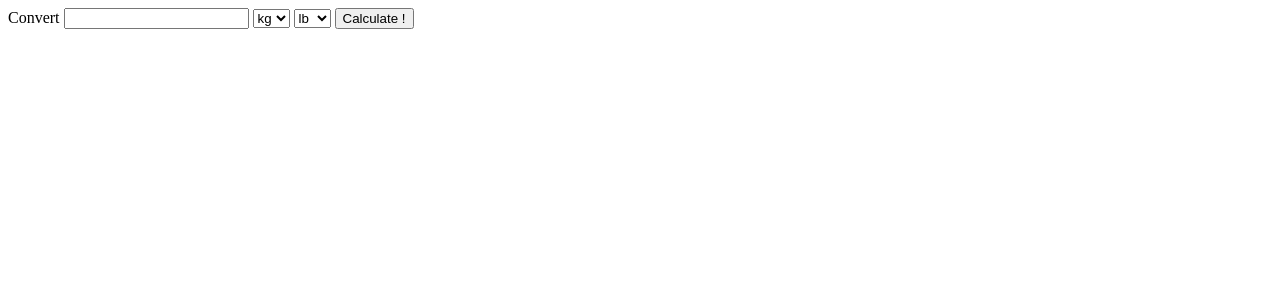
Repository: VladimirJetchev/JavaScriptHomework
Page: HomeworkJS/Task7JS/Task7JS.html
These files come from the project's save history. The page is drawn as it stood at one moment and after the next save; the edit follows.
The browser window is 1280 px wide. The pictures show the whole page.

Above is the page before, as saved 2016-01-11 18:52:48.

### HomeworkJS/Task7JS/Task7JS.html
<!DOCTYPE html>
<html>

<head>
    <meta charset="utf-8">

    <title>Calculating degrees</title>
    <link rel="stylesheet" href="">
</head>

<body>
	    <label for="convert">Convert</label>
	    <input type="text" id="convert" name="convert">
	    <select id="first" class="inline">
	        <option value="kg" selected >kg</option>
	        <option value="lb">lb</option>
	    </select>
	    <select class="inline" id="second" >
	    	<option value="kg">kg</option>
	    	<option value="lb" selected>lb</option>
	    </select>
	    <button type="submit" id="calculate">Calculate !</button>
	<div id="res" style="margin: 10px">
    </div>
    <script>
		var button = document.getElementById('calculate');
 		button.addEventListener('click', displayResult, false);

    	function displayResult(){
	    	var a = document.getElementById('first').value;
	 		var b = document.getElementById('second').value;
	 		var res = document.getElementById('res');
	 		var valToConvert = document.getElementsByName('convert')[0].value;
	 		var valToDisplay = 0;


 			if (a !== b ) {
 				a == 'kg' ? printLibs() : printKilos();
 			}
 			else {
 				valToDisplay = "No Point of converting equel meassures";
 			}

 			function printLibs(){
 			valToDisplay = Number(valToConvert)*  2.2046 ;
	 		}

	 		function printKilos(){
	 			valToDisplay = Number(valToConvert) /  2.2046 ;
	 		}

	 		res.innerHTML = valToDisplay;
    	}
    </script>
</body>
</html>

After the next save:
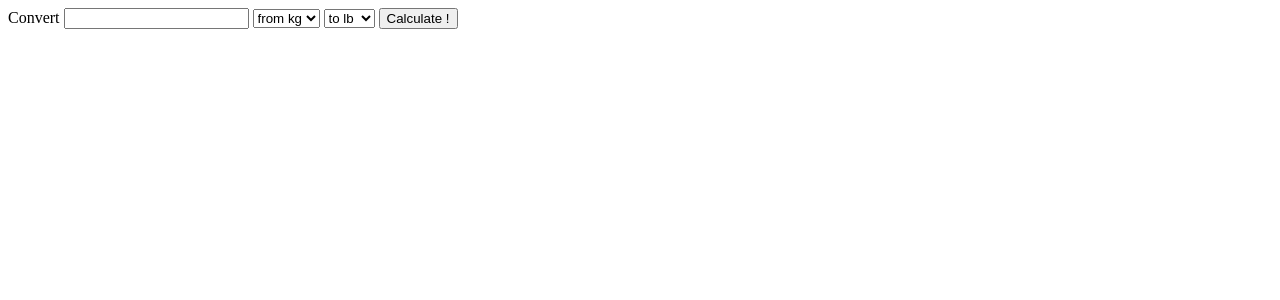
Saved 2 min 10 s later.
--- a/HomeworkJS/Task7JS/Task7JS.html
+++ b/HomeworkJS/Task7JS/Task7JS.html
@@ -12,12 +12,13 @@
 	    <label for="convert">Convert</label>
 	    <input type="text" id="convert" name="convert">
 	    <select id="first" class="inline">
-	        <option value="kg" selected >kg</option>
-	        <option value="lb">lb</option>
+
+	        <option value="kg" selected >from kg</option>
+	        <option value="lb">from lb</option>
 	    </select>
 	    <select class="inline" id="second" >
-	    	<option value="kg">kg</option>
-	    	<option value="lb" selected>lb</option>
+	    	<option value="kg"> to kg</option>
+	    	<option value="lb" selected>to lb</option>
 	    </select>
 	    <button type="submit" id="calculate">Calculate !</button>
 	<div id="res" style="margin: 10px">
